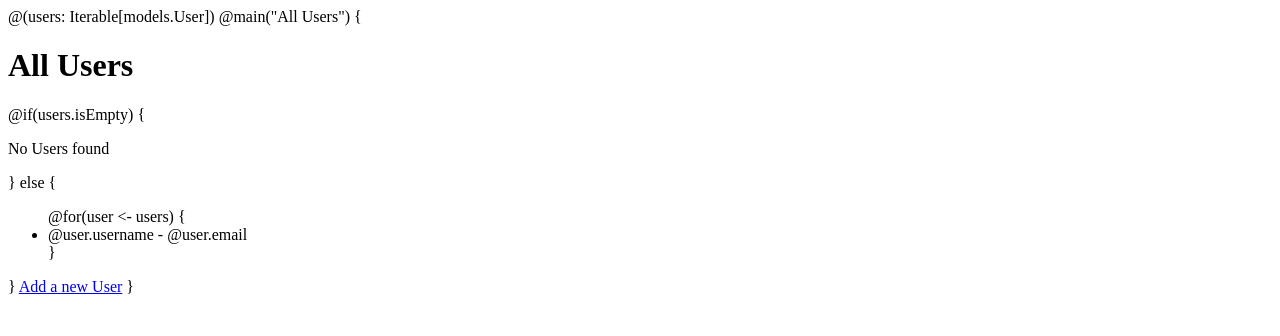
Repository: mlvhub/Learning
Page: Scala/Play!/UserAdmin/app/views/users/list.scala.html
The author's editor kept a copy of each file at every save. The page is drawn from the files as they stood at one save, then again after the next save.
The browser window is 1280 px wide. The pictures show the whole page.

Above is the page before, as saved 2013-12-31 08:41:15.

### Scala/Play!/UserAdmin/app/views/users/list.scala.html
@(users: Iterable[models.User])

@main("All Users") {
  <h1>All Users</h1>
  @if(users.isEmpty) {
      <p>No Users found</p>
  } else {
      <ul>
      @for(user <- users) {
              <li>@user.username - @user.email</li>
      }
      </ul>
  }
  <a href="@routes.Users.add">Add a new User</a>
}

After the next save:
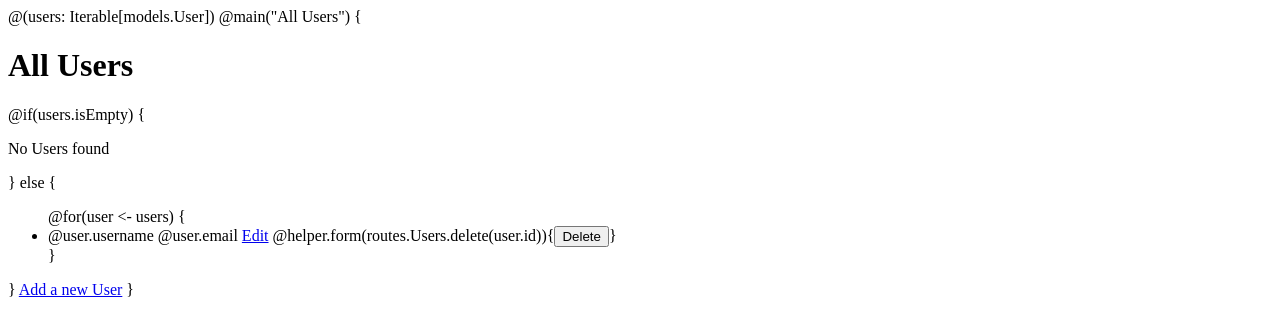
Saved 1 s later.
--- a/Scala/Play!/UserAdmin/app/views/users/list.scala.html
+++ b/Scala/Play!/UserAdmin/app/views/users/list.scala.html
@@ -7,7 +7,9 @@
   } else {
       <ul>
       @for(user <- users) {
-              <li>@user.username - @user.email</li>
+              <li>@user.username @user.email
+              <a href="@routes.Users.edit(user.id)">Edit</a>
+              @helper.form(routes.Users.delete(user.id)){<button type="submit">Delete</button>}</li>
       }
       </ul>
   }
